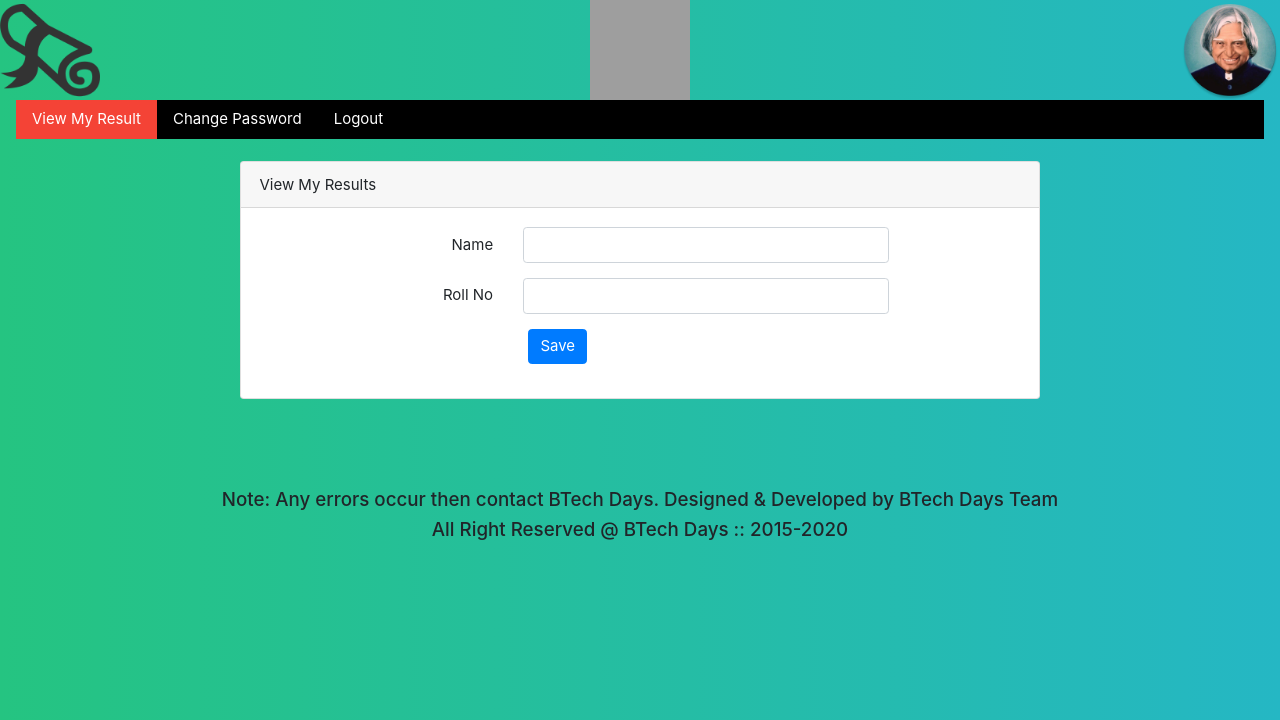
Repository: AlkaDas991/Dbms
Page: http://localhost/Student_Record_Management/studentHome.jsp
The author's editor kept a copy of each file at every save. The page is drawn from the files as they stood at one save, then again after the next save.
The browser window is 1280 px wide. The pictures show the whole page.
Pictures or frames that could not be fetched are drawn as grey boxes. Some web fonts or font styles are not loaded; a fallback is used. Some web libraries are served in a nearby version. The page is served by Tomcat 9. Other server files are loaded and not shown.

Above is the page before, as saved 2021-03-12 18:55:19.
Console error: TypeError: Cannot read properties of undefined (reading 'fn')

### Student Record Management/WebContent/studentHome.jsp
<%@include file="header.html"%>
<!DOCTYPE html>
<html>
<title>IIIT,BBSR</title>
<body>
<img src="logo.png"  align="left"width="100" height="100">
<center><img src="ng" width="100" height="100" position="absolute";
  clip = "rect(0px,60px,200px,0px)">
<img src="apj sir.png" align="right"  width="100" height="100"></center>
<div class="w3-container">
  <div class="w3-bar w3-black">
    <button class="w3-bar-item w3-button tablink w3-red" onclick="openCity(event,'London')">View My Result</button>
    <button class="w3-bar-item w3-button tablink" onclick="openCity(event,'Paris')">Change Password</button>
     <a href="dgiOneView.jsp" class="w3-bar-item w3-button tablink">Logout</a>
  </div>

  <div id="London" class="w3-container city">
  <br>
   <link href="//maxcdn.bootstrapcdn.com/bootstrap/4.1.1/css/bootstrap.min.css" rel="stylesheet" id="bootstrap-css">
<script src="//maxcdn.bootstrapcdn.com/bootstrap/4.1.1/js/bootstrap.min.js"></script>
<script src="//cdnjs.cloudflare.com/ajax/libs/jquery/3.2.1/jquery.min.js"></script>
<!------ Alright Include the above in your HEAD tag ---------->

<!doctype html>
<html lang="en">
<head>
    <!--OK Required meta tags -->
    <meta charset="utf-8">
    <meta name="viewport" content="width=device-width, initial-scale=1, shrink-to-fit=no">

    <!-- Fonts -->
    <link rel="dns-prefetch" href="https://fonts.gstatic.com">
    <link href="https://fonts.googleapis.com/css?family=Raleway:300,400,600" rel="stylesheet" type="text/css">



    <link rel="icon" href="Favicon.png">

    <!-- Bootstrap CSS -->
    <link rel="stylesheet" href="https://stackpath.bootstrapcdn.com/bootstrap/4.1.3/css/bootstrap.min.css">
</head>
<body>
<main class="my-form">
    <div class="cotainer">
        <div class="row justify-content-center">
            <div class="col-md-8">
                    <div class="card">
                        <div class="card-header">View My Results</div>
                        <div class="card-body">
                            <form name="my-form" onsubmit="return validform()" action="eachResult.jsp" method="post">
                                <div class="form-group row">
                                    <label for="full_name" class="col-md-4 col-form-label text-md-right">Name</label>
                                    <div class="col-md-6">
                                        <input type="text"  class="form-control" name="name">
                                    </div>
                                </div>
                                <div class="form-group row">
                                    <label for="full_name" class="col-md-4 col-form-label text-md-right">Roll No</label>
                                    <div class="col-md-6">
                                        <input type="text"  class="form-control" name="rollNo">
                                    </div>
                                </div>


                                    <div class="col-md-6 offset-md-4">
                                        <button type="submit" class="btn btn-primary">
                                        Save
                                        </button>
                                    </div>

                            </form>
                        </div>
                    </div>
            </div>
        </div>
    </div>
</main>

<script src="https://code.jquery.com/jquery-3.3.1.slim.min.js"></script>
<script src="https://cdnjs.cloudflare.com/ajax/libs/popper.js/1.14.3/umd/popper.min.js"></script>
<script src="https://stackpath.bootstrapcdn.com/bootstrap/4.1.3/js/bootstrap.min.js"></script>
</body>
  </div>
<!-- 2rd part -->

  <div id="Paris" class="w3-container city" style="display:none">
  <br>
  <link href="//maxcdn.bootstrapcdn.com/bootstrap/4.1.1/css/bootstrap.min.css" rel="stylesheet" id="bootstrap-css">
<script src="//maxcdn.bootstrapcdn.com/bootstrap/4.1.1/js/bootstrap.min.js"></script>
<script src="//cdnjs.cloudflare.com/ajax/libs/jquery/3.2.1/jquery.min.js"></script>
<!------ Include the above in your HEAD tag ---------->

<!doctype html>
<html lang="en">
<head>
    <!-- Required meta tags -->
    <meta charset="utf-8">
    <meta name="viewport" content="width=device-width, initial-scale=1, shrink-to-fit=no">

    <!-- Fonts -->
    <link rel="dns-prefetch" href="https://fonts.gstatic.com">
    <link href="https://fonts.googleapis.com/css?family=Raleway:300,400,600" rel="stylesheet" type="text/css">



    <link rel="icon" href="Favicon.png">

    <!-- Bootstrap CSS -->
    <link rel="stylesheet" href="https://stackpath.bootstrapcdn.com/bootstrap/4.1.3/css/bootstrap.min.css">

</head>
<body>
<main class="my-form">
    <div class="cotainer">
        <div class="row justify-content-center">
            <div class="col-md-8">
                    <div class="card">
                        <div class="card-header">Change Password</div>
                        <div class="card-body">
                            <form name="my-form" onsubmit="return validform()" action="changePassword.jsp" method="">
                                <div class="form-group row">
                                    <label for="full_name" class="col-md-4 col-form-label text-md-right">Current Password</label>
                                    <div class="col-md-6">
                                        <input type="password"class="form-control" name="currPass">
                                    </div>
                                </div>

                                <div class="form-group row">
                                    <label for="full_name" class="col-md-4 col-form-label text-md-right">New Password</label>
                                    <div class="col-md-6">
                                        <input type="password"  class="form-control" name="newPass">
                                    </div>
                                </div>


                                    <div class="col-md-6 offset-md-4">
                                        <button type="submit" class="btn btn-primary">
                                       Save
                                        </button>
                                    </div>

                            </form>
                        </div>
                    </div>
            </div>
        </div>
        <br>
    </div>

</main>

<script src="https://code.jquery.com/jquery-3.3.1.slim.min.js"></script>
<script src="https://cdnjs.cloudflare.com/ajax/libs/popper.js/1.14.3/umd/popper.min.js"></script>
<script src="https://stackpath.bootstrapcdn.com/bootstrap/4.1.3/js/bootstrap.min.js"></script>
</body>
</html>
  </div>


<br><br><br><br>

 <center><h5>Note: Any errors occur then contact BTech Days.
Designed & Developed by BTech Days Team</h5></center>

<center><h5>All Right Reserved @ BTech Days :: 2015-2020</h5></center>

</body>
</html>

Loaded but not shown: Student Record Management/WebContent/header.html (355 lines, source omitted)

After the next save:
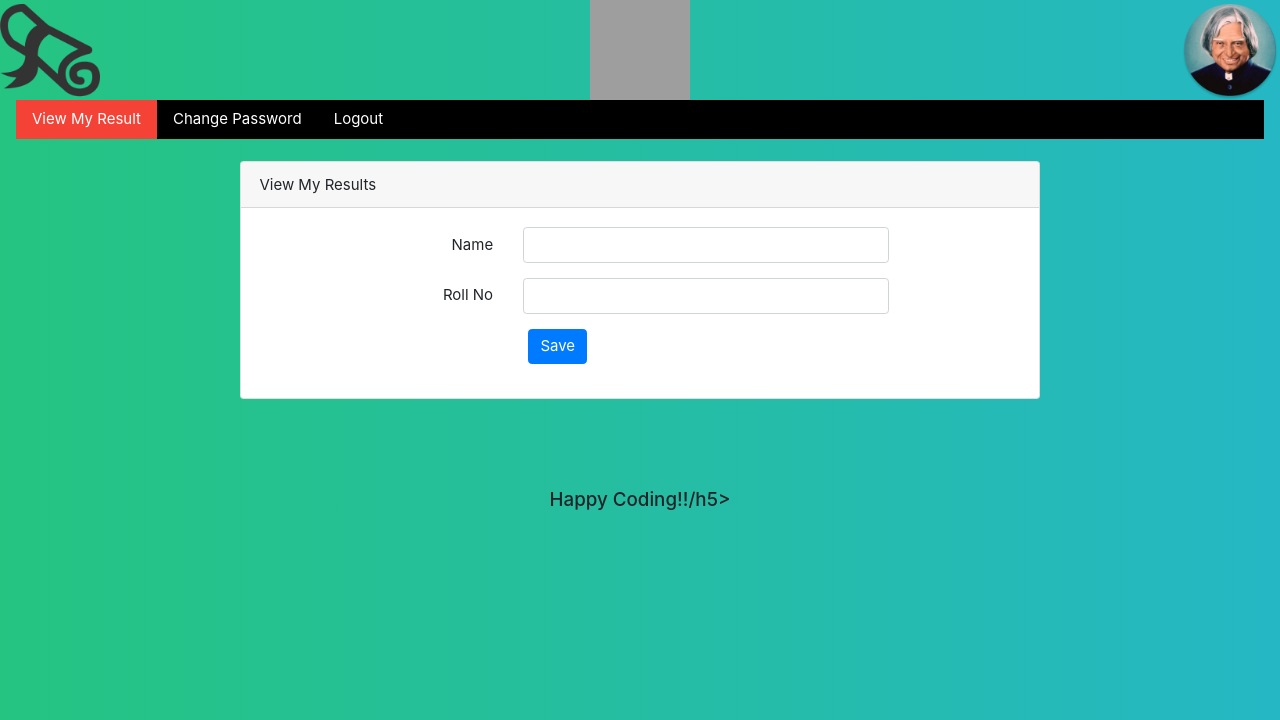
Saved 25 s later.
--- a/Student Record Management/WebContent/studentHome.jsp
+++ b/Student Record Management/WebContent/studentHome.jsp
@@ -159,10 +159,8 @@
 
 <br><br><br><br>
 
- <center><h5>Note: Any errors occur then contact BTech Days.
-Designed & Developed by BTech Days Team</h5></center>
 
-<center><h5>All Right Reserved @ BTech Days :: 2015-2020</h5></center>
+<center><h5>Happy Coding!!/h5></center>
 
 </body>
 </html>
